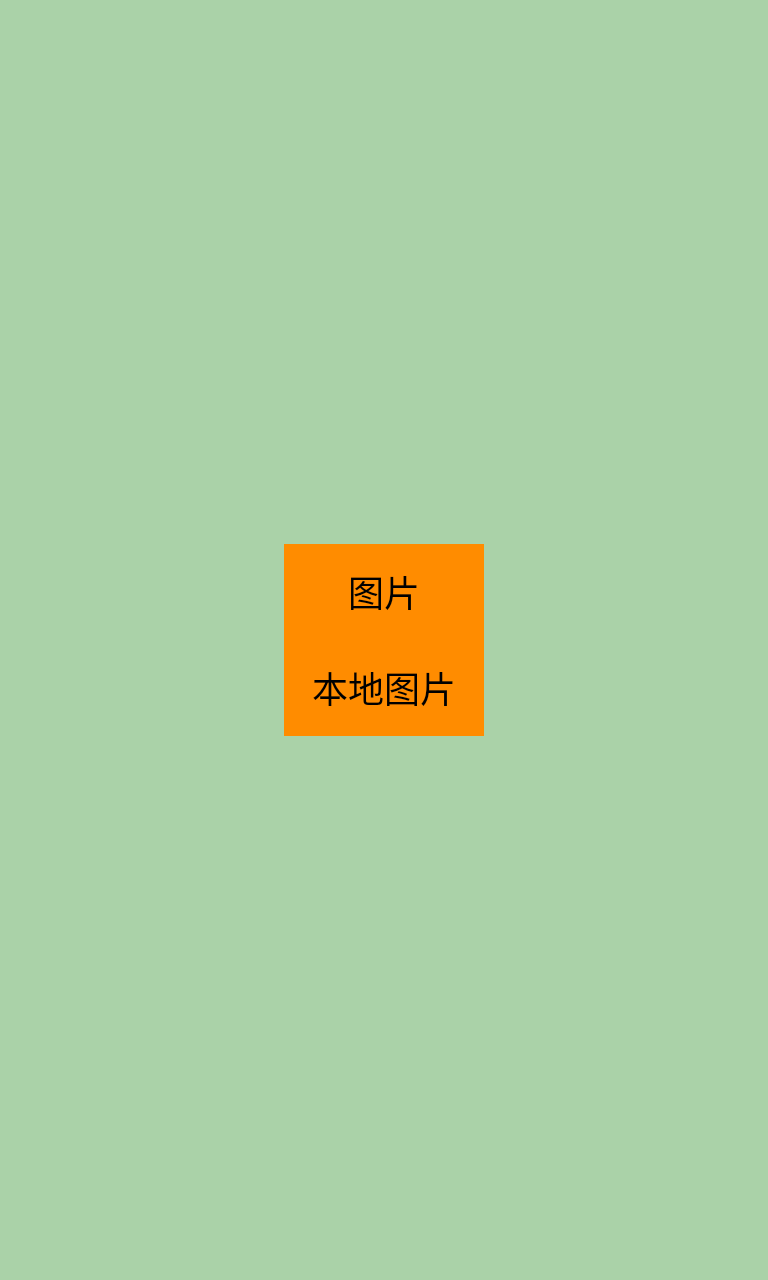
Repository: taiyang0725/Android
Layout: TestViewPage/res/layout/b.xml
The author's editor kept a copy of each file at every save. The layout is drawn from the files as they stood at one save, then again after the next save.
It is drawn on a 768 x 1280 px phone screen (xhdpi) without system bars, with theme AppTheme; the app's code is not run.

Above is the layout before, as saved 2015-05-14 03:40:03.

### TestViewPage/res/layout/b.xml
<?xml version="1.0" encoding="utf-8"?>
<RelativeLayout xmlns:android="http://schemas.android.com/apk/res/android"
    android:layout_width="match_parent"
    android:layout_height="match_parent"
    android:background="#AAD2A8" >

   <LinearLayout
       android:layout_width="wrap_content"
        android:layout_height="wrap_content"
        android:layout_centerInParent="true"
        android:orientation="vertical"
       >
    <Button
        android:id="@+id/btn_pic_net"
        android:layout_width="100dp"
        android:layout_height="wrap_content"
        android:background="#FF8C00"
        android:text="图片"
        />
    <Button
        android:id="@+id/btn_pic_local"
        android:layout_width="100dp"
        android:layout_height="wrap_content"
        android:background="#FF8C00"

        android:text="本地图片"
        />

   </LinearLayout>

</RelativeLayout>

### TestViewPage/res/values/styles.xml
<resources xmlns:android="http://schemas.android.com/apk/res/android">

    <!--
        Base application theme, dependent on API level. This theme is replaced
        by AppBaseTheme from res/values-vXX/styles.xml on newer devices.





    -->
    <style name="AppBaseTheme" parent="android:Theme.Light">
        <!--
            Theme customizations available in newer API levels can go in
            res/values-vXX/styles.xml, while customizations related to
            backward-compatibility can go here.





        -->
    </style>

    <!-- Application theme. -->
    <style name="AppTheme" parent="AppBaseTheme">
        <!-- All customizations that are NOT specific to a particular API-level can go here. -->
    </style>

    <style name="set_title">
        <item name="android:layout_width">match_parent</item>
        <item name="android:layout_height">40dp</item>
        <item name="android:orientation">horizontal</item>
    </style>

    <style name="set_layout">
        <item name="android:layout_width">0dp</item>
        <item name="android:layout_weight">1</item>
        <item name="android:layout_height">wrap_content</item>

    </style>

    <style name="set_txt">
        <item name="android:layout_width">wrap_content</item>
        <item name="android:layout_height">wrap_content</item>
        <item name="android:orientation">vertical</item>

    </style>

    <style name="set_btn">
        <item name="android:layout_width">35dp</item>
        <item name="android:layout_height">35dp</item>
    </style>

</resources>

Loaded but not shown: TestViewPage/res/values-v11/styles.xml (common file); TestViewPage/res/values-v14/styles.xml (common file)

After the next save:
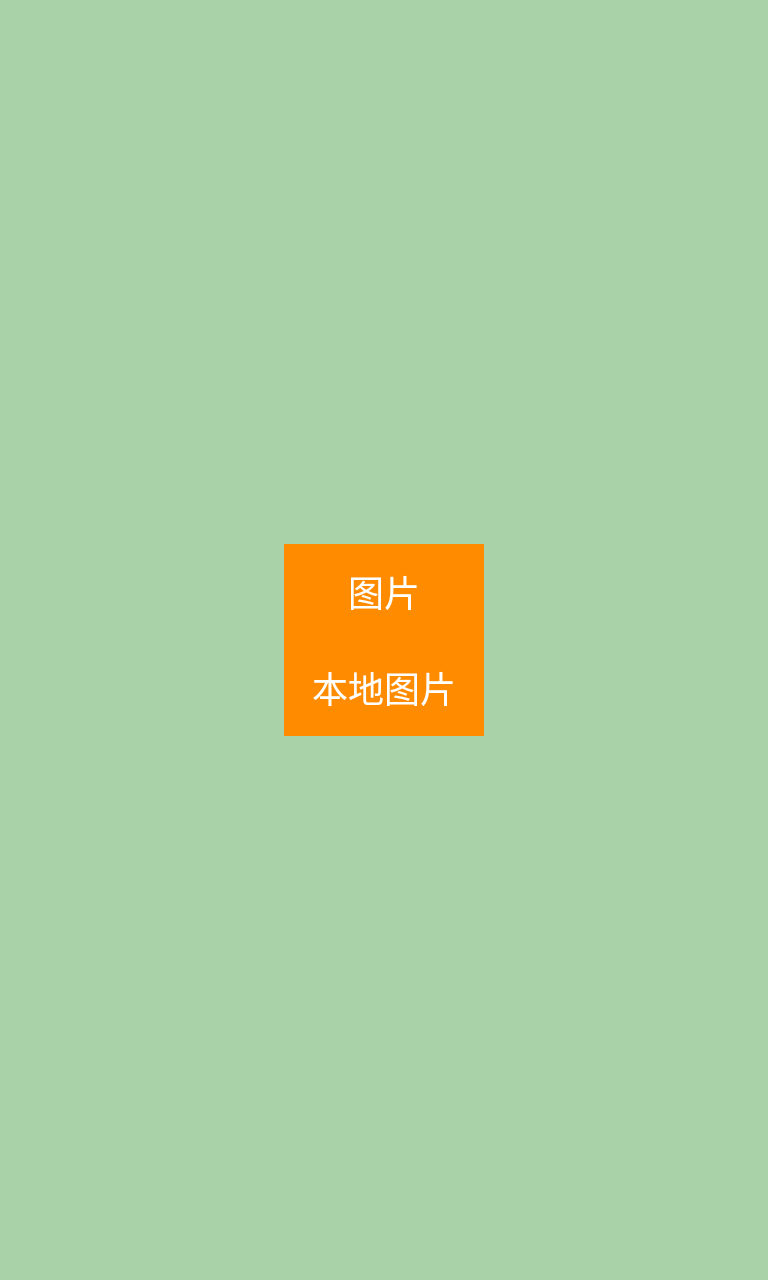
Saved 74 s later.
--- a/TestViewPage/res/layout/b.xml
+++ b/TestViewPage/res/layout/b.xml
@@ -16,13 +16,14 @@
         android:layout_height="wrap_content"
         android:background="#FF8C00"
         android:text="图片"
+        android:textColor="#FFFFFF"
         />
     <Button
         android:id="@+id/btn_pic_local"
         android:layout_width="100dp"
         android:layout_height="wrap_content"
         android:background="#FF8C00"
-
+       android:textColor="#FFFFFF"
         android:text="本地图片"
         />
 
